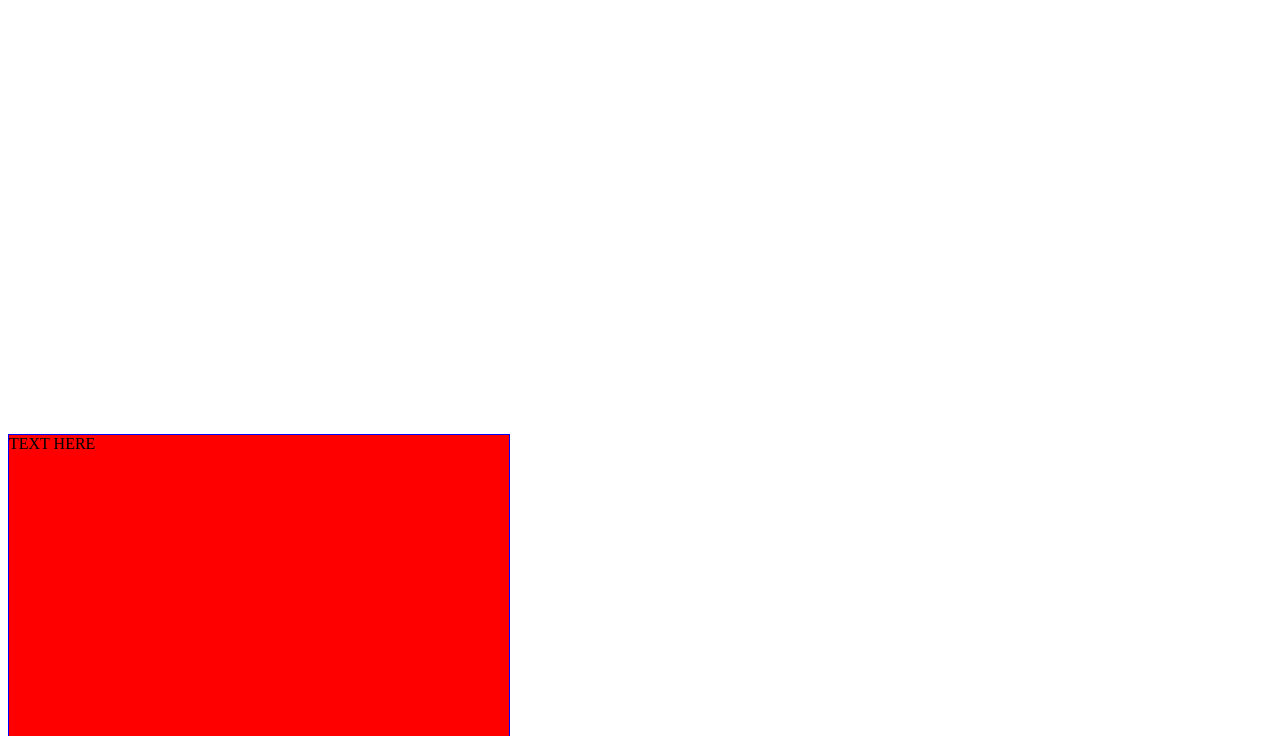
Repository: piyushiso/piyushiso.github.io
Page: random/daynight/index.html
The author's editor kept a copy of each file at every save. The page is drawn from the files as they stood at one save, then again after the next save.
The browser window is 1280 px wide. The page is 1288 px wide, so the pictures cover 1288 px, including what lies to the right of the window. The pictures show the whole page.

Above is the page before, as saved 2022-05-23 16:00:02.

### random/daynight/index.html
<html lang="en">
<head>
    <meta charset="UTF-8">
    <meta http-equiv="X-UA-Compatible" content="IE=edge">
    <meta name="viewport" content="width=device-width, initial-scale=1.0">
    <link href="styles/style.css" rel="stylesheet" />
    <title>Document</title>
</head>
<body>
    <div>
        TEXT HERE
    </div>
</body>
</html>

### random/daynight/styles/style.css
body{
    height: 100%;
    width: 100%;
    overflow: hidden;
}

body div{
    background: red;
    height: 500px;
    width: 500px;
    border: solid thin blue;
    position: absolute;
    bottom: -30%;
    tex
}

After the next save:
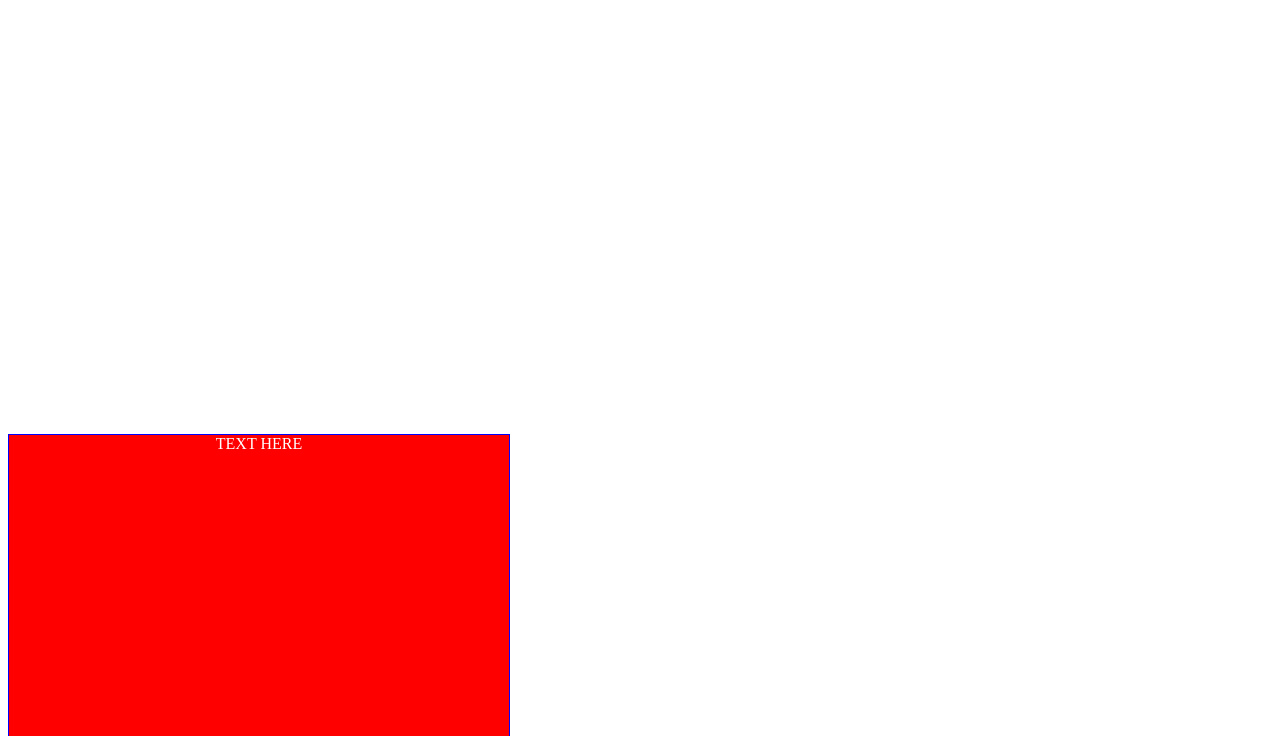
Saved 4 s later.
--- a/random/daynight/styles/style.css
+++ b/random/daynight/styles/style.css
@@ -11,5 +11,6 @@
     border: solid thin blue;
     position: absolute;
     bottom: -30%;
-    tex
+    text-align: center;
+    color: white;
 }
